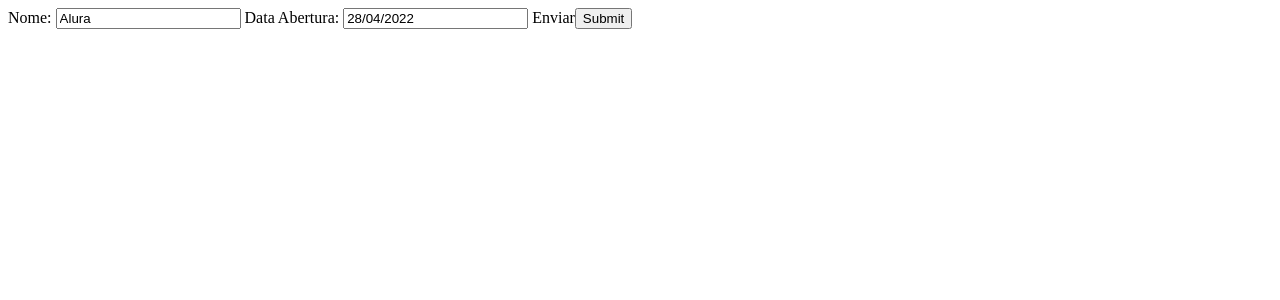
Repository: carolruo/alura-formacao-backend
Page: http://localhost/gerenciador/mostrarEmpresa?id=1
An editor plug-in stored every save of this project. The page is shown before and after the next save, followed by the edit.
The browser window is 1280 px wide. The pictures show the whole page.
The page is served by Tomcat 9. Other server files are loaded and not shown.

Above is the page before, as saved 2022-05-04 18:18:15.

### java-servlets/gerenciador/WebContent/formAlterarEmpresa.jsp
<%@ page language="java" contentType="text/html; charset=ISO-8859-1"
    pageEncoding="ISO-8859-1"%>
<%@ taglib uri="http://java.sun.com/jsp/jstl/fmt" prefix="fmt"%>
<!DOCTYPE html>
<html>
<head>
<meta charset="ISO-8859-1">
<title>Alterar Empresa</title>
</head>
<body>
	<form action="${linkServletNovaEmpresa }" method="post">

    Nome: <input type="text" name="nome" value="${empresa.nome}" />
    Data Abertura: <input type="text" name="data" value="<fmt:formatDate value="${empresa.dataAbertura}" pattern="dd/MM/yyyy"/>" />
    Enviar<input type="submit" />
    </form>
</body>
</html>

### java-servlets/gerenciador/src/br/com/alura/gerenciador/servlet/MostrarEmpresa.java
package br.com.alura.gerenciador.servlet;

import java.io.IOException;

import javax.servlet.RequestDispatcher;
import javax.servlet.ServletException;
import javax.servlet.annotation.WebServlet;
import javax.servlet.http.HttpServlet;
import javax.servlet.http.HttpServletRequest;
import javax.servlet.http.HttpServletResponse;

@WebServlet("/mostrarEmpresa")
public class MostrarEmpresa extends HttpServlet {
	private static final long serialVersionUID = 1L;

	protected void doGet(HttpServletRequest request, HttpServletResponse response) throws ServletException, IOException {

		String paramId = request.getParameter("id");
		Integer id = Integer.valueOf(paramId);

		BancoDeDados banco = new BancoDeDados();

		Empresa empresa = banco.buscaEmpresaPorId(id);

		request.setAttribute("empresa", empresa);

        RequestDispatcher rd = request.getRequestDispatcher("/formAlterarEmpresa.jsp");
        rd.forward(request, response);

	}

}

### java-servlets/gerenciador/src/br/com/alura/gerenciador/servlet/BancoDeDados.java
package br.com.alura.gerenciador.servlet;

import java.util.ArrayList;
import java.util.Iterator;
import java.util.List;

public class BancoDeDados {

	private static List<Empresa> listaEmpresas = new ArrayList<>();
	//simular uma chave sequencial no banco de dados:
	private static Integer chaveSequencial = 1;

	static { //isso vai carregar assim que a classe inicializar, criando de antemao as empresas para fim de teste
		Empresa empresa1 = new Empresa();
		empresa1.setNome("Alura");
		empresa1.setId(chaveSequencial++);
		Empresa empresa2 = new Empresa();
		empresa2.setNome("Caelum");
		empresa2.setId(chaveSequencial++);

		listaEmpresas.add(empresa1);
		listaEmpresas.add(empresa2);
	}

	public void adiciona(Empresa empresa) {
		empresa.setId(chaveSequencial++);
		listaEmpresas.add(empresa);
	}

	public List<Empresa> getEmpresas() {
		return BancoDeDados.listaEmpresas;
	}

	//DELETE do banco de dados
	public void removerEmpresa(Integer id) {

		Iterator<Empresa> it = listaEmpresas.iterator();
		 while(it.hasNext()) {
		        Empresa emp = it.next();

		        if(emp.getId() == id ) {
		            it.remove();
		        }
		 }
	}

	public Empresa buscaEmpresaPorId(Integer id) {
		for (Empresa empresa: listaEmpresas) {
	        if(empresa.getId() == id)  {
	            return empresa;
	        }
	    }
	    return null;
	}

}

### java-servlets/gerenciador/src/br/com/alura/gerenciador/servlet/Empresa.java
package br.com.alura.gerenciador.servlet;

import java.util.Date;

public class Empresa {

	private Integer id;
	private String nome;
	private Date dataAbertura = new Date();

	public Integer getId() {
		return id;
	}
	public void setId(int id) {
		this.id = id;
	}
	public String getNome() {
		return nome;
	}
	public void setNome(String nome) {
		this.nome = nome;
	}
	public Date getDataAbertura() {
		return dataAbertura;
	}
	public void setDataAbertura(Date dataAbertura) {
		this.dataAbertura = dataAbertura;
	}


}

After the next save:
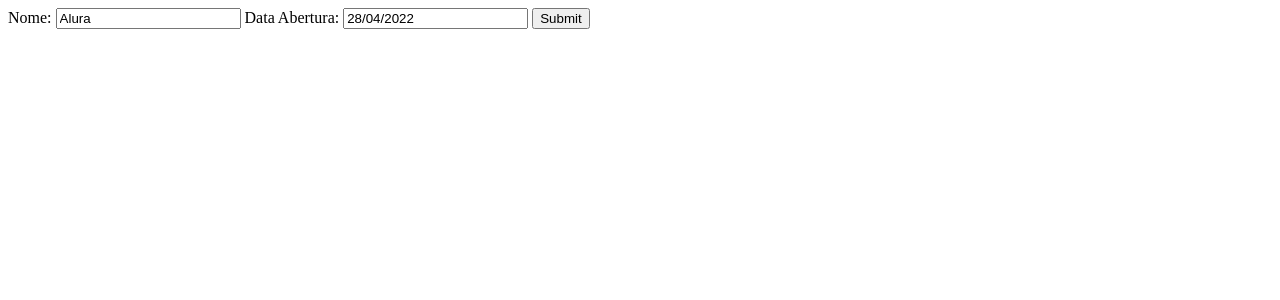
Saved 16 s later.
--- a/java-servlets/gerenciador/WebContent/formAlterarEmpresa.jsp
+++ b/java-servlets/gerenciador/WebContent/formAlterarEmpresa.jsp
@@ -12,7 +12,7 @@
 
     Nome: <input type="text" name="nome" value="${empresa.nome}" />
     Data Abertura: <input type="text" name="data" value="<fmt:formatDate value="${empresa.dataAbertura}" pattern="dd/MM/yyyy"/>" />
-    Enviar<input type="submit" />
+    <input type="submit" />
     </form>
 </body>
 </html>
